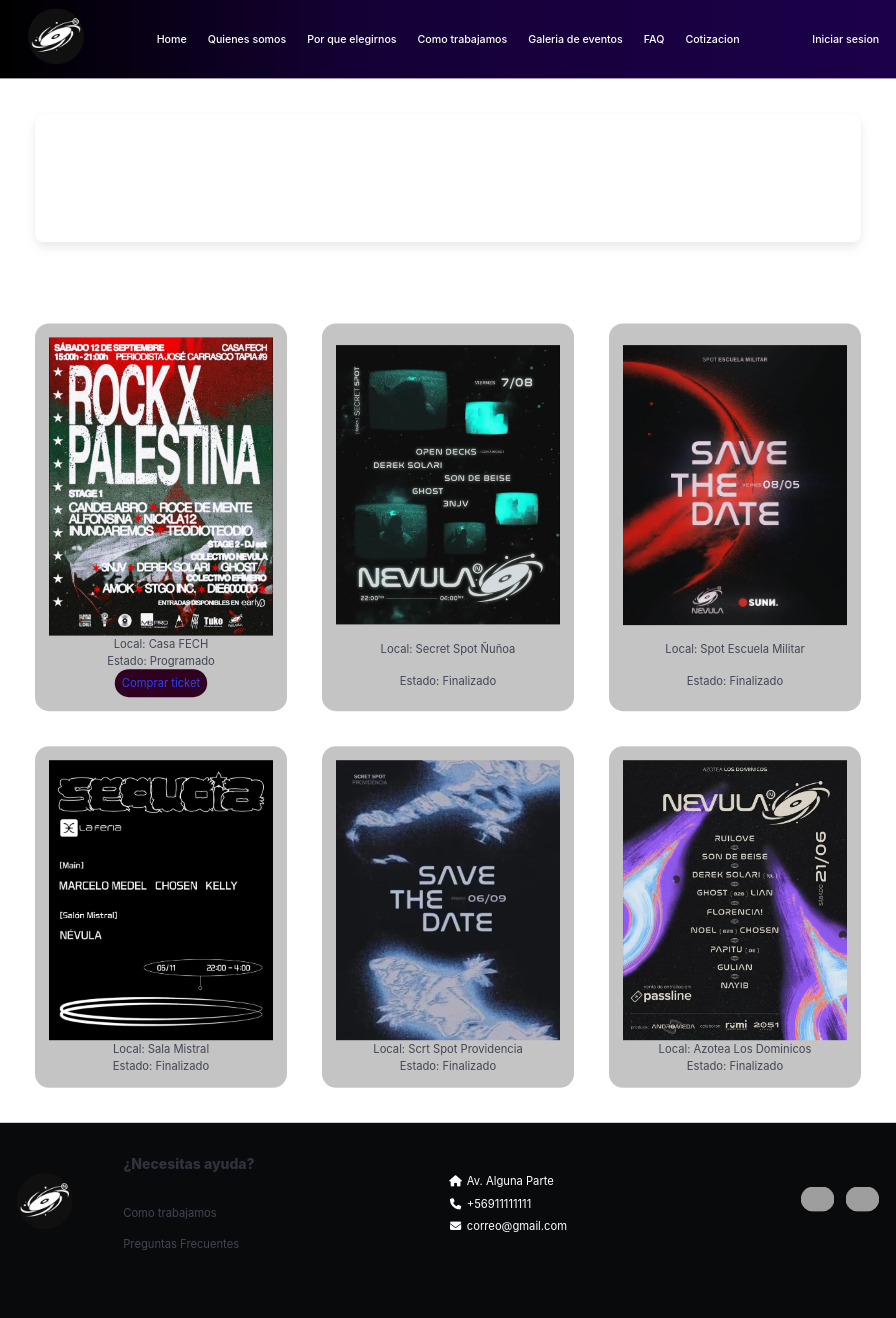
Repository: ChrisMalhue/PaginaNebula
Page: pages/eventos.html
The author's editor kept a copy of each file at every save. The page is drawn from the files as they stood at one save, then again after the next save.
The browser window is 1280 px wide. The pictures show the whole page, at 70% of full size.
Pictures or frames that could not be fetched are drawn as grey boxes.

Above is the page before, as saved 2026-09-09 22:04:22.

### pages/eventos.html
<!DOCTYPE html>
<html lang="es">
<head>
    <meta charset="UTF-8">
    <meta name="viewport" content="width=device-width, initial-scale=1.0">
    <title>Eventos</title>
    <link rel="stylesheet" href="../styles/style.css">
    <link rel="stylesheet" href="https://cdn.jsdelivr.net/npm/bulma@1.0.4/css/bulma.min.css">
    <link rel="stylesheet" href="https://cdnjs.cloudflare.com/ajax/libs/font-awesome/6.5.1/css/all.min.css">
</head>
<body>
    <header id ="header"></header>

    <section id="trabajamos">

        <div class="trabajamos-item box mb-4">
                <p class="trabajamos-respuesta has-text-white">
                    En Nevula no improvisamos el viaje: cada evento parte con una órbita clara. Escuchamos tu idea, entendemos la energía que buscas y armamos el set pensando en tu público, no en una fórmula genérica. Llegamos con anticipación, probamos cada equipo y nos aseguramos de que todo esté listo para el despegue. Desde la primera conversación hasta el último track, trabajamos codo a codo contigo para que tu fiesta llegue nítida, potente y sin turbulencias.
                    Nuestro proceso es simple y directo:
                    \n
                    1) Conocemos tu evento — hablamos contigo sobre el estilo, el público y la vibra que buscas.
                    2) Preparamos el set — seleccionamos música pensada exclusivamente para esa noche.
                    3) Llegamos antes — instalamos y probamos el equipo con tiempo de sobra.
                    4) Hacemos que la fiesta vuele — nos entregamos 100% para que la energía no baje hasta el final.
                </p>
        </div>
    </section>

    <section id="fotos">
        <div>
            <img src="/images/evento6.webp" alt="Evento 6">
            <p>Local: Casa FECH</p>
            <p>Estado: Programado</p>
            <a href="https://pro.byearly.com/"><button>Comprar ticket</button></a>
        </div>

        <div>
            <img src="/images/evento5.webp" alt="Evento 5">
            <p>Local: Secret Spot Ñuñoa</p>
            <p>Estado: Finalizado</p>
        </div>

        <div>
            <img src="/images/evento4.webp" alt="Evento 4">
            <p>Local: Spot Escuela Militar</p>
            <p>Estado: Finalizado</p>
        </div>

        <div>
            <img src="/images/evento3.webp" alt="Evento 3">
            <p>Local: Sala Mistral</p>
            <p>Estado: Finalizado</p>
        </div>

        <div>
            <img src="/images/evento2.webp" alt="Evento 2">
            <p>Local: Scrt Spot Providencia</p>
            <p>Estado: Finalizado</p>
        </div>

        <div>
            <img src="/images/evento1.webp" alt="Evento 1">
            <p>Local: Azotea Los Dominicos</p>
            <p>Estado: Finalizado</p>
        </div>
    </section>

        <section class="agregar box mt-4" id="agregar-evento">
        <div class="contenedor-agregar">

            <div class="campos-inputs">
                <div class="field">
                    <label class="label">Local del evento</label>
                    <div class="control">
                        <input class="input" type="text" id="local_evento" placeholder="Escribe aquí">
                    </div>
                </div>

                <div class="field">
                    <label class="label">Estado</label>
                    <div class="control">
                        <div class="select">
                            <select id="estado_evento">
                                <option value="Programado">Programado</option>
                                <option value="Finalizado">Finalizado</option>
                            </select>
                        </div>
                    </div>
                </div>

                <div class="field">
                    <label class="label">Imagen del evento</label>
                    <div class="control">
                        <input class="input" type="text" id="imagen_evento" placeholder="Pega el link aquí">
                    </div>
                </div>

                <div class="field">
                    <label class="label">Link para comprar entradas</label>
                    <div class="control">
                        <input class="input" type="text" id="link_evento" placeholder="Solo si está Programado">
                    </div>
                </div>
            </div>

            <div class="boton-contenedor">
                <button type="button" class="button is-primary" onclick="agregarEvento()">Agregar Evento</button>
            </div>

        </div>
    </section>
    <footer id="footer-container"></footer>
</body>
<script src="../scripts/script.js"></script>
</html>

### styles/style.css
@import "https://cdn.jsdelivr.net/npm/bulma@1.0.4/css/bulma.min.css";

.custom-navbar {
  /* Lienas encargadas del degradado */
  background: linear-gradient(to right, #000000 0%, #150036 40%, #1c004a 100%) !important;
  width: 100%;
  padding-right: 1.5rem;;
}

header{
  position: sticky;
  top: 0;
  z-index: 100; /* Esto es para que el header siempre quede al frente y no se bugee la pag al scrollear hacia abajo */
}

/* Forzar que las columnas de nebula ocupen todo el ancho */
.custom-navbar .container.columns {
  display: flex !important;
  width: 100%;
  max-width: 100% !important;   /* Esta linea salvo la pagina, estaba mal el header y con esto se centro bien*/
}

/* Seccion del logo a continuacion */

.logo-seccion {
  flex-shrink: 0; /* El shrink hace que el logo no se achique */
  margin-left: 40px;
}

.logo-texto {
  color: #ffffff !important;
  font-size: 1.3rem;
  font-weight: bold;
  display: flex;
  align-items: center;
  gap: 10px;
}

.andlogo{
  width: 80px;
  border-radius: 500px;
}

.menu-seccion {
  display: flex !important;
  justify-content: center !important;
  align-items: center !important;
  flex-grow: 1; /* Esto hace que ocupe todo el espacio entre los links */
  gap: 30px;    /* esto es para el espacio horizontal */
}

.nav-link {
  color: #ffffff !important;
  text-decoration: none;
  font-size: 0.95rem;
  font-weight: 500;
  padding: 5px 0;
  transition: color 0.3s ease;
  white-space: nowrap; /* esto evita que lo largo se separe en 2 lineas */
}

/* Body comienza aqui abajo*/

/* Contenedor, video y texto*/

/* Contenedor: centrado vertical en vez de flex-start, se ve más equilibrado */
.contenedor{
  display: flex;
  align-items: center;
  min-height: 800px;
  gap: 40px;
  padding-top: 60px;
  padding-bottom: 60px;
  background: linear-gradient(to bottom, #000000 0%, #1c004a 35%, #1b0036 70%, #690046 100%) !important;
}

/* Vídeo */
.video-box{
  background-size: cover;
  background-position: center;
  width: 50%;
  height: 700px;
  margin-left: 40px;
  border-radius: 90px;
}

/* Texto alineado a la izquierda, con ancho máximo para que no se disperse */
.texto-box{
  display: flex;
  align-items: flex-start;
  flex-direction: column;
  gap: 24px;
  max-width: 550px;
  padding-right: 40px;
}

/* Título Nevula */
.texto-box h1{
  color: #ffffff;
  font-weight: 700;
  font-size: clamp(2.5rem, 5vw, 4rem);
  letter-spacing: 4px;
  text-transform: uppercase;
  margin: 0;
}

/* Primer párrafo */
.texto-box p {
  color: rgba(255, 255, 255, 0.75);
  font-size: 1.05rem;
  line-height: 1.7;
  margin: 0;
}

/* Segundo párrafo */
.texto-box p:last-of-type {
  color: #ffffff;
  font-weight: 600;
  font-size: 1.15rem;
}

/* Elegirnos */
#elegirnos h2{
  text-align: center;
  margin-top: 20px;
  color: #020202;
  font-weight: 700;
  font-size: clamp(2.5rem, 5vw, 4rem);
  letter-spacing: 4px;
  text-transform: uppercase;
}

#elegirnos-grid{
  display: grid;
  flex-wrap: wrap;
  grid-template-columns: 1fr 1fr 1fr;
  column-gap: 50px;
  row-gap: 50px;
  margin: 50px;
}

#elegirnos-grid img{
  width: 130px;
}

#elegirnos-grid div{
  display: flex;
  flex-direction: column;
  justify-content: space-around;
  align-items: center;
  background-color: #3636364b;
  border-radius: 20px;
  padding: 20px;
}

/* Historial de Eventos */
#fotos{
  display: grid;
  flex-wrap: wrap;
  grid-template-columns: 1fr 1fr 1fr;
  column-gap: 50px;
  row-gap: 50px;
  margin: 50px;
}

#fotos div{
  display: flex;
  flex-direction: column;
  justify-content: space-around;
  align-items: center;
  background-color: #3636364b;
  border-radius: 20px;
  padding: 20px;
}

#fotos div:hover{
  color: white;
  background-color: #240049ab;
  transition: 0.3s;
}

#fotos div button{
  background-color: #300020;
  padding: 10px;
  border-radius: 20px;
}

#fotos div button:hover{
  background-color: #5c003d;
  transition: 0.3s;
}

.trabajamos-item{
  width: 1500px;
}

#trabajamos{
  display: flex;
  align-items: center;
  justify-content: center;
  padding: 50px;
}

/* CSS de footer */
.footer{
  padding: 40px 20px;
}

.andlogo{
  max-width: 120px;
  height: auto;
}

.gap-2{
  gap: 8px;
}

.gap-3{
  gap: 16px;
}

/* Media queries */
@media screen and (max-width: 768px) {
.footer .columns {
  flex-direction: column;
  align-items: center;
  text-align: center;
}



.footer .column {
  margin-left: 0 !important;
  margin-bottom: 1.5rem;
  width: 100%;
}



.footer .is-flex {
  justify-content: center !important;
}

}

### scripts/script.js
// Header

function inyectarHeader(){

    document.getElementById("header").innerHTML = `
    <nav class="custom-navbar py-3">
        <div class="container columns is-vcentered is-mobile m-0">

            <!-- Sección 1: Logotipo (Izquierda) -->
            <section class="column is-narrow p-0 logo-seccion">
                <h1 class="logo-texto">
                  <a href="/index.html">
                    <img class="andlogo" src="/images/logo.webp">
                  </a>
                </h1>
            </section>

            <!-- Sección 2: Enlaces (Centro) -->
            <section class="column is-flex is-justify-content-center p-0 menu-seccion">
                <a class="nav-link is-active" href="../index.html">Home</a>
                <a class="nav-link" href="../index.html#quienes">Quienes somos</a>
                <a class="nav-link" href="../index.html#elegirnos">Por que elegirnos</a>
                <a class="nav-link" href="../pages/eventos.html#trabajamos">Como trabajamos</a>
                <a class="nav-link" href="../pages/eventos.html#fotos">Galeria de eventos</a>
                <a class="nav-link" href="../pages/faqcotiza.html#faq">FAQ</a>
                <a class="nav-link" href="../pages/faqcotiza.html#cotizacion">Cotizacion</a>
            </section>

            <section class="sin_cuenta">
              <a class="nav-link" href="../pages/inicio_secion.html">Iniciar sesion</a>
            </section>

            <section class="con_cuenta">
              <button onclick="cerrarSesion()">Cerrar sesion</button>
            </section>


        </div>
    </nav>`;

    // Aqui vemos si hay alguna sesion creada para despues mosrtar el boton que toque
    const estaLogueado = localStorage.getItem("logueado") === "true";
    const sinCuenta = document.querySelector(".sin_cuenta");
    const conCuenta = document.querySelector(".con_cuenta");

    if (estaLogueado) {
        sinCuenta.style.display = "none";
        conCuenta.style.display = "flex";
    } else {
        sinCuenta.style.display = "flex";
        conCuenta.style.display = "none";
    }

}

// Funciones medias

function recibirDatos(event) {
    event.preventDefault(); // Evita que la página se recargue y se pierda la información

    // Muestra el cuadro nativo con tu mensaje personalizado
    alert("Recibimos tu solicitud, te contactaremos en breve.");

    // Deja todos los campos del formulario completamente vacíos
    event.target.reset();
}

function recibirDatosLogin(event) {
    event.preventDefault();

    const usuarioValido = "admin";
    const contrasenaValida = "1234";

    const form = event.target;
    const usuarioIngresado = document.getElementById("usuario").value;
    const contrasenaIngresada = document.getElementById("contrasena").value;

    if (usuarioIngresado === usuarioValido && contrasenaIngresada === contrasenaValida) {
        localStorage.setItem("logueado", "true");
        window.location.href = "../index.html";
    } else {
        alert("Usuario o contraseña incorrecto");
    }
}

function cerrarSesion() {
    localStorage.removeItem("logueado");
    window.location.href = "../index.html";
}

// Footer

function inyectaFooter(){

  const footerHTML = `
    <footer class="footer has-background-black has-text-white">
    <div class="columns is-vcentered is-justify-content-space-between">
      <div class="column is-narrow">
        <a href="/index.html">
          <img class="andlogo" src="/images/logo.webp">
        </a>
      </div>
      <div class="column is-narrow ml-6">
        <p class="title is-5">¿Necesitas ayuda?</p>
        <br>
        <p class="subtitle is-6"><a class="has-text-current" href="/pages/eventos.html">Como trabajamos</a></p>
        <p class="subtitle is-6"><a class="has-text-current" href="/pages/faqcotiza.html">Preguntas Frecuentes</a></p>
      </div>

      <div class="column is-flex is-justify-content-flex-end">
        <div class="is-flex is-flex-direction-column gap-2">
          <span class="icon-text">
            <span class="icon"><i class="fa-solid fa-house"></i></span>
            <span>Av. Alguna Parte</span>
          </span>
          <span class="icon-text">
            <span class="icon"><i class="fa-solid fa-phone"></i></span>
            <span>+56911111111</span>
          </span>
          <span class="icon-text">
            <span class="icon"><i class="fa-solid fa-envelope"></i></span>
            <span>correo@gmail.com</span>
          </span>
        </div>
      </div>
      <div class="column is-flex is-justify-content-flex-end">
        <div class="is-flex is-flex-direction-row is-align-items-center gap-3">
          <a href="https://www.instagram.com/nevula.scl/" target="_blank">
            <figure class="image is-48x48">
              <img class="is-rounded" src="https://encrypted-tbn0.gstatic.com/images?q=tbn:ANd9GcR8HUwsS-_LkMQoYL66F7AUH5X4HwhDjzCNMg-_jlvPxQ&s=10" />
            </figure>
          </a>
          <a href="https://www.youtube.com/channel/UCa-jOKgfq2FLccvHXteRdpQ" target="_blank">
            <figure class="image is-48x48">
              <img class="is-rounded" src="https://www.icosix.com/uploads/icons/2025/09/youtube.png" />
            </figure>
          </a>
        </div>
      </div>
    </div>
  </footer>`;

  const container = document.getElementById('footer-container');
  if (container) {
    container.innerHTML = footerHTML;
  }
}

// Funcion de eventos

function agregarEvento() {

    const local = document.getElementById("local_evento").value;
    const estado = document.getElementById("estado_evento").value;
    const imagen = document.getElementById("imagen_evento").value;
    const link = document.getElementById("link_evento").value;

    // Validacion de campos vacios
    if (!local || !imagen) {
        alert("Por favor completa el local y la imagen del evento.");
        return;
    }

    if (estado === "Programado" && !link) {
        alert("Los eventos Programados necesitan un link para comprar entradas.");
        return;
    }

    const contenedorFotos = document.getElementById("fotos");

    // Parecido al trabajo de cartas, se crea el contenedor
    const nuevoEvento = document.createElement("div");

    // el boton de comrpa se muestra solo si el estado agregado es programado
    const botonHTML = estado === "Programado"
        ? `<a href="${link}" target="_blank"><button>Comprar ticket</button></a>`
        : "";

    nuevoEvento.innerHTML = `
        <img src="${imagen}" alt="${local}">
        <p>Local: ${local}</p>
        <p>Estado: ${estado}</p>
        ${botonHTML}
    `;

    contenedorFotos.prepend(nuevoEvento);

    // Limpiamos el formulario
    document.getElementById("local_evento").value = "";
    document.getElementById("imagen_evento").value = "";
    document.getElementById("link_evento").value = "";
}

function controlarVistaAdmin() {
    const estaLogueado = localStorage.getItem("logueado") === "true";
    const seccionAgregar = document.getElementById("agregar-evento");

    if (seccionAgregar) {
        seccionAgregar.style.display = estaLogueado ? "block" : "none";
    }
}

inyectaFooter();
inyectarHeader();
controlarVistaAdmin();

After the next save:
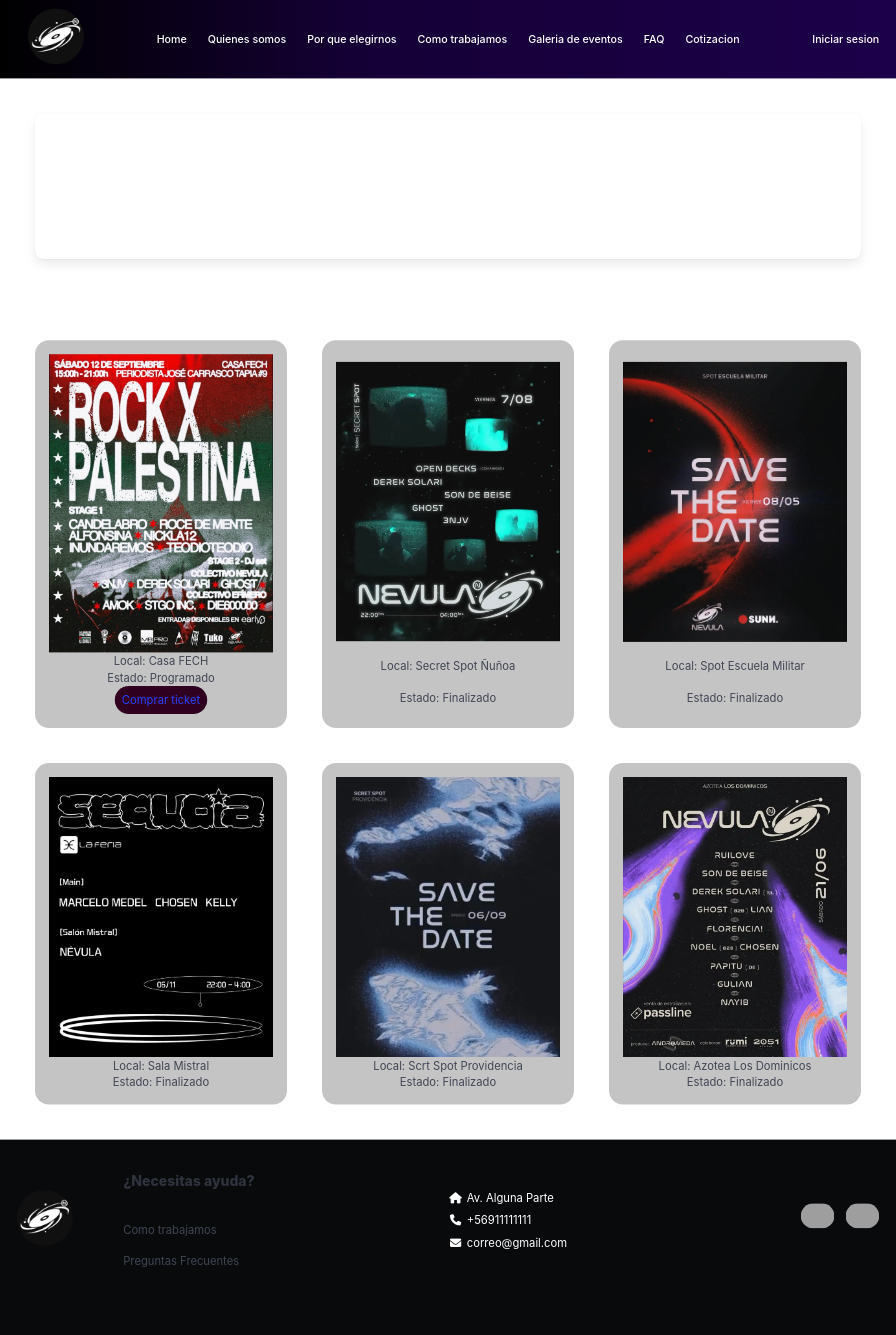
Saved 21 s later.
--- a/pages/eventos.html
+++ b/pages/eventos.html
@@ -17,7 +17,7 @@
                 <p class="trabajamos-respuesta has-text-white">
                     En Nevula no improvisamos el viaje: cada evento parte con una órbita clara. Escuchamos tu idea, entendemos la energía que buscas y armamos el set pensando en tu público, no en una fórmula genérica. Llegamos con anticipación, probamos cada equipo y nos aseguramos de que todo esté listo para el despegue. Desde la primera conversación hasta el último track, trabajamos codo a codo contigo para que tu fiesta llegue nítida, potente y sin turbulencias.
                     Nuestro proceso es simple y directo:
-                    \n
+                    <br>
                     1) Conocemos tu evento — hablamos contigo sobre el estilo, el público y la vibra que buscas.
                     2) Preparamos el set — seleccionamos música pensada exclusivamente para esa noche.
                     3) Llegamos antes — instalamos y probamos el equipo con tiempo de sobra.
